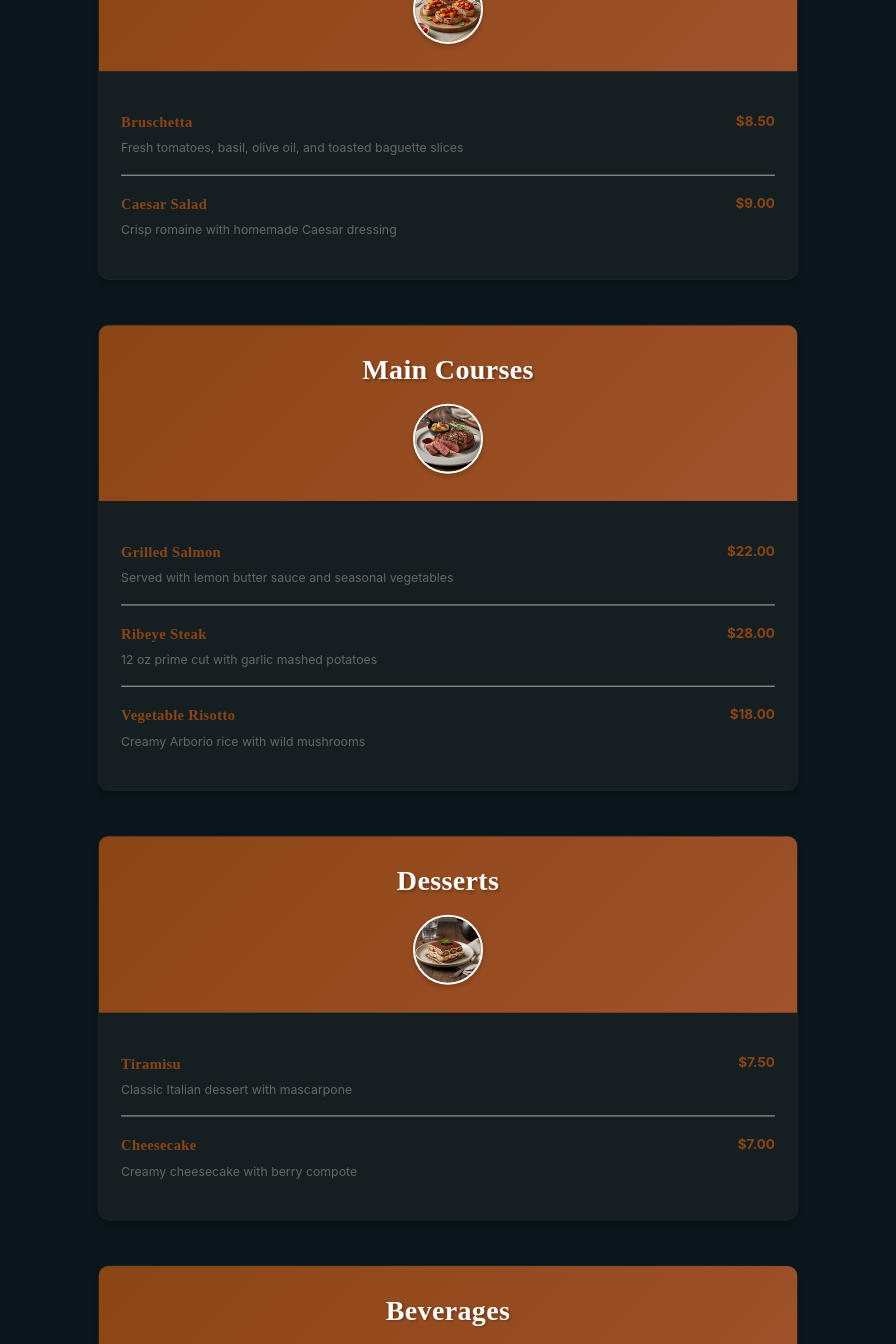
Repository: MatVanDenArt/MSSE-Cafe-Fausse
Page: /menu (app in frontend/)
These files come from the project's save history. The page is drawn as it stood at one moment and after the next save; the edit follows.
The browser window is 1280 px wide. The pictures show the part of the page from y = 624 to 2544 px (the page is 3677 px tall), at 70% of full size.
The page's requests for data from a server got no answer. The project was rebuilt for these pictures with package versions that can differ from the ones it lists, and the page was loaded fresh each time. No one was signed in, and anything a server would have sent is missing. Also part of the build but not shown: frontend/src/pages/Home.css, frontend/src/pages/Home.js, frontend/src/pages/Reservations.css, frontend/src/pages/Reservations.js, frontend/src/pages/About.css, frontend/src/pages/About.js, frontend/src/pages/Gallery.css, frontend/src/pages/Gallery.js.

Above is the page before, as saved 2025-10-26 15:28:09.

After the next save:
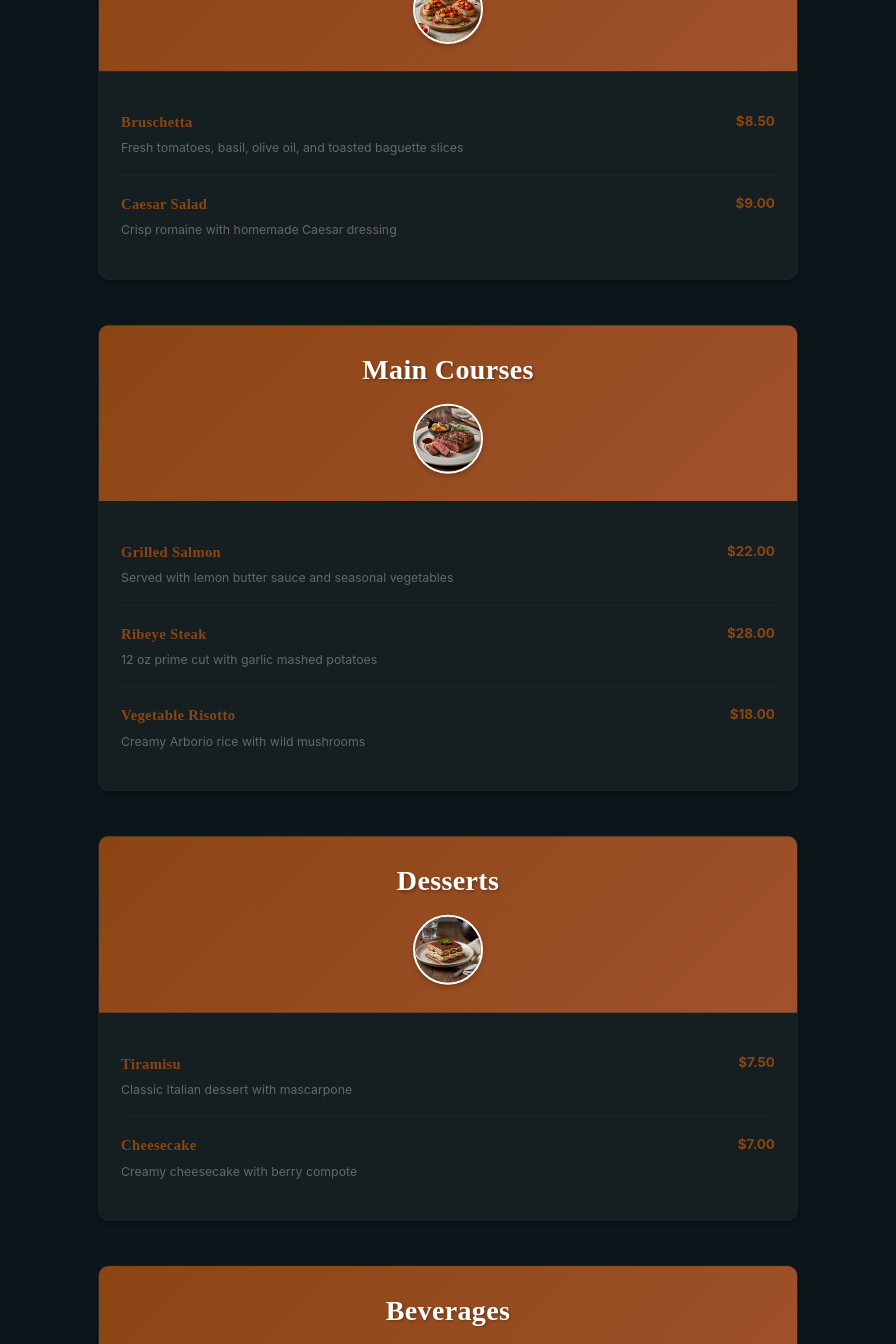
Saved 4 s later.
--- a/frontend/src/pages/Menu.css
+++ b/frontend/src/pages/Menu.css
@@ -59,7 +59,7 @@
   justify-content: space-between;
   align-items: flex-start;
   padding: 1.5rem 0;
-  border-bottom: 1px solid #eee;
+  border-bottom: 1px solid #1f2a2d;
   transition: background-color 0.3s ease;
 }
 
